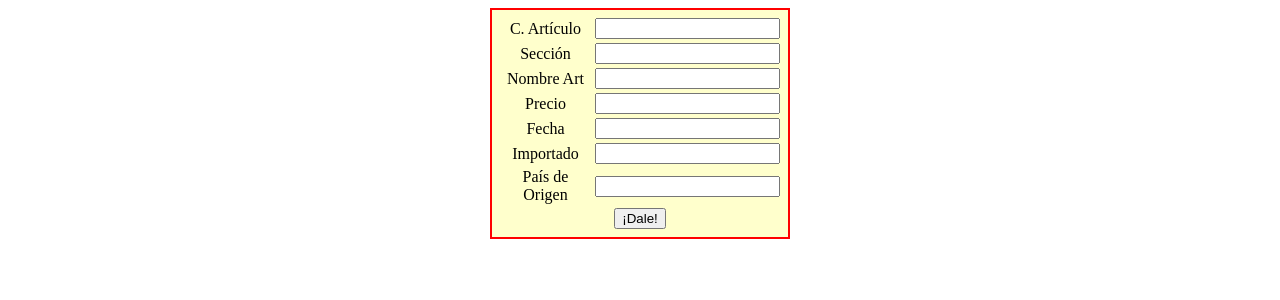
Repository: dasafo/PHP_MySQL_curso
Page: http://localhost/FormularioInsertarPDO_35_I.php
An editor plug-in stored every save of this project. The page is shown before and after the next save, followed by the edit.
The browser window is 1280 px wide. The pictures show the whole page.
The page is run by PHP 8.4 with error messages shown; the project is at /var/www/html/.

Above is the page before, as saved 2018-11-09 09:26:45.

After the next save:
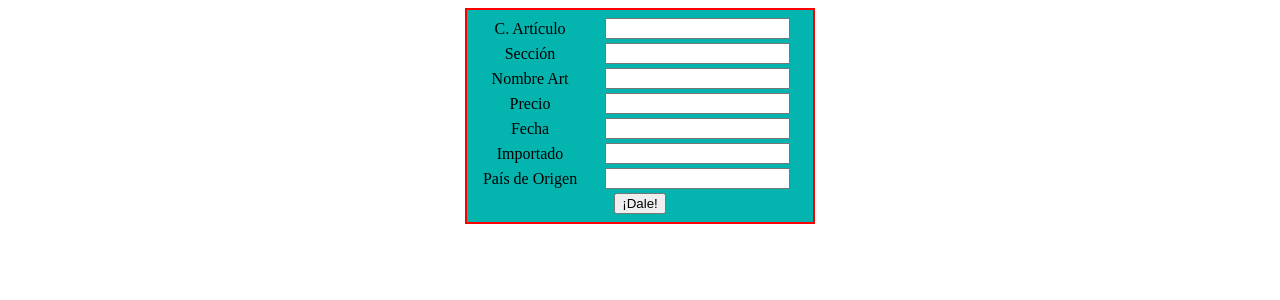
Saved 36 s later.
--- a/PDO/FormularioInsertarPDO_35_I.php
+++ b/PDO/FormularioInsertarPDO_35_I.php
@@ -9,9 +9,9 @@
         <style>
 
 		table{
-			width:300px;
+			width:350px;
 			margin:auto;
-			background-color:#FFC;
+			background-color:#04B4AE;
 			border:2px solid #F00;
 			padding:5px;
 
